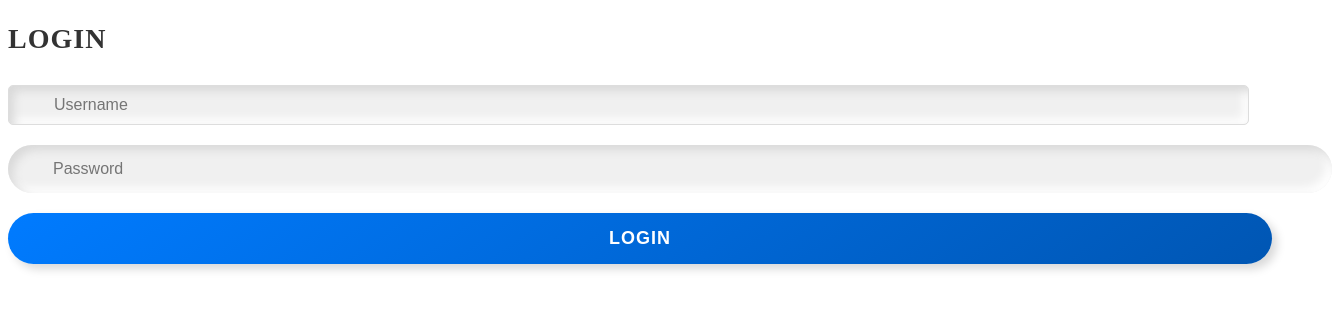
Repository: mdmisri/needy-talk
Page: /login (app in frontend/talk-d1/)
The author's editor kept a copy of each file at every save. The page is drawn from the files as they stood at one save, then again after the next save.
The browser window is 1280 px wide. The page is 1332 px wide, then 1280 px, then 1332 px, so the pictures cover 1332 px, including what lies to the right of the window. The pictures show the whole page.
The page's requests for data from a server got no answer. The project was rebuilt for these pictures with package versions that can differ from the ones it lists, and the page was loaded fresh each time. No one was signed in, and anything a server would have sent is missing. Also part of the build but not shown: frontend/talk-d1/src/components/Register/Register.css, frontend/talk-d1/src/components/Register/Register.js, frontend/talk-d1/src/conversationUtils.js, frontend/talk-d1/src/hooks/useConversation.js, frontend/talk-d1/src/components/Chat/styles/Message.css, frontend/talk-d1/src/components/Chat/Message.js, frontend/talk-d1/src/components/Chat/ChatBox.js, frontend/talk-d1/src/components/Chat/AdminChatBox.js and 3 more.

Above is the page before, as saved 2024-07-28 14:41:19.

### frontend/talk-d1/src/index.js
import React from 'react';
import ReactDOM from 'react-dom/client';
import './index.css';
import App from './App';
import { BrowserRouter } from 'react-router-dom';

const root = ReactDOM.createRoot(document.getElementById('root'));
root.render(
  <React.StrictMode>
    <BrowserRouter>
    <App />
    </BrowserRouter>
  </React.StrictMode>
);

// If you want to start measuring performance in your app, pass a function
// to log results (for example: reportWebVitals(console.log))
// or send to an analytics endpoint. Learn more: https://bit.ly/CRA-vitals

### frontend/talk-d1/src/App.js
import React, { useState, useEffect } from 'react';
import { Routes, Route, useNavigate } from 'react-router-dom';
import Login from './components/Login/Login';
import Register from './components/Register/Register';
import ChatBox from './components/Chat/ChatBox';
import AdminChatBox from './components/Chat/AdminChatBox';
import ChatStart from './components/Chat/ChatStart';
import AdminSelection from './components/Chat/AdminSelection';
import socket from './components/Chat/socket';

const App = () => {
    const [user, setUser] = useState(null);
    const [username, setUsername] = useState('');
    const [isAdmin, setIsAdmin] = useState(false);
    const [adminUsername, setAdminUsername] = useState(null);
    const [redirectToChat, setRedirectToChat] = useState(false);
    const navigate = useNavigate();

    useEffect(() => {
        const handleBeforeUnload = () => {
            if (username) {
                socket.emit('userOffline', username);
            }
        };

        window.addEventListener('beforeunload', handleBeforeUnload);

        return () => {
            window.removeEventListener('beforeunload', handleBeforeUnload);
        };
    }, [username]);

    useEffect(() => {
        if (user) {
            if (isAdmin) {
                navigate('/admin-chat');
            } else if (redirectToChat) {
                navigate(`/chat/${adminUsername}`);
            } else {
                navigate('/home');
            }
        }
    }, [user, isAdmin, redirectToChat, adminUsername, navigate]);

    const handleLogout = () => {
        socket.emit('userOffline', username);
        setUser(null);
        setUsername('');
        setIsAdmin(false);
        setAdminUsername(null);
        setRedirectToChat(false);
        navigate('/login');
    };

    const handleAdminSelection = (selectedAdminUsername) => {
        setAdminUsername(selectedAdminUsername);
        setRedirectToChat(true);
    };

    return (
        <div>
            <Routes>
                <Route path="/login" element={<Login setUser={setUser} setUsername={setUsername} setIsAdmin={setIsAdmin} />} />
                <Route path="/register" element={<Register />} />
                {/* Route for admin selection */}
                <Route path="/home" element={!isAdmin ? <ChatStart username={username} onAdminSelect={handleAdminSelection} /> : <AdminChatBox adminUsername={username} handleAdminSelection={handleAdminSelection} />} />
                {/* Route for admin chat box */}
                <Route path="/admin-chat" element={<AdminChatBox adminUsername={username} handleAdminSelection={handleAdminSelection} />} />
                {/* Route for user chat box */}
                <Route path="/chat/:receiverUsername" element={<ChatBox senderUsername={username} />} />
            </Routes>
            {user && <button onClick={handleLogout}>Logout</button>}
        </div>
    );
};

export default App;

### frontend/talk-d1/src/components/Login/Login.js
import React, { useState } from 'react';
import axios from 'axios';
import { useNavigate } from 'react-router-dom';
import socket from '../Chat/socket';
import './Login.css';

const Login = ({ setUser, setUsername, setIsAdmin, setAdminUsername }) => {
    const [username, setUsernameInput] = useState('');
    const [password, setPassword] = useState('');
    const [error, setError] = useState('');
    const navigate = useNavigate();

    const handleLogin = async (e) => {
        e.preventDefault();
        try {
            const response = await axios.post('http://localhost:3010/api/auth/login', {
                username,
                password,
            });

            const userData = response.data;
            setUser(userData);
            setUsername(username);
            setIsAdmin(userData.isAdmin);

            if (userData.isAdmin) {
                setAdminUsername(username); // Set the admin username
            }

            socket.emit('userOnline', username);
            navigate('/home');
        } catch (err) {
            setError('Invalid credentials');
        }
    };

    return (
        <div className="login-container">
            <h2>Login</h2>
            {error && <p className="error">{error}</p>}
            <form onSubmit={handleLogin}>
                <input
                    type="text"
                    value={username}
                    onChange={(e) => setUsernameInput(e.target.value)}
                    placeholder="Username"
                    required
                />
                <input
                    type="password"
                    value={password}
                    onChange={(e) => setPassword(e.target.value)}
                    placeholder="Password"
                    required
                />
                <button type="submit">Login</button>
            </form>
        </div>
    );
};

export default Login;

### frontend/talk-d1/src/components/Chat/socket.js
// socket.js
import io from 'socket.io-client';

const socket = io('http://localhost:3010');

export default socket;

### frontend/talk-d1/src/components/Login/Login.css
.login-container input[type="text"],
.login-container input[type="password"] {
    padding-left: 45px; /* Make room for the icon */
    position: relative;
}

.login-container input[type="text"]::before,
.login-container input[type="password"]::before {
    content: '\f007'; /* User icon for username */
    font-family: 'Font Awesome 5 Free';
    position: absolute;
    left: 20px;
    top: 50%;
    transform: translateY(-50%);
    color: #007bff;
}

.login-container input[type="password"]::before {
    content: '\f023'; /* Lock icon for password */
}

.login-container h2 {
    margin-bottom: 30px;
    color: #333;
    font-size: 28px;
    font-weight: 600;
    text-transform: uppercase;
    letter-spacing: 1px;
}

.login-container input {
    width: 100%;
    margin-bottom: 20px;
    padding: 15px;
    border: none;
    border-radius: 50px;
    background: #f0f0f0;
    box-shadow: inset 5px 5px 10px #d9d9d9, inset -5px -5px 10px #ffffff;
    font-size: 16px;
    transition: all 0.3s ease;
}

.login-container input:focus {
    outline: none;
    box-shadow: inset 5px 5px 10px #c1c1c1, inset -5px -5px 10px #ffffff;
}

.login-container button {
    width: 100%;
    padding: 15px;
    background: linear-gradient(145deg, #007bff, #0056b3);
    color: #fff;
    border: none;
    border-radius: 50px;
    cursor: pointer;
    font-size: 18px;
    font-weight: 600;
    text-transform: uppercase;
    letter-spacing: 1px;
    transition: all 0.3s ease;
    box-shadow: 5px 5px 10px #d9d9d9, -5px -5px 10px #ffffff;
}

.login-container button:hover {
    background: linear-gradient(145deg, #0056b3, #004494);
    transform: translateY(-3px);
    box-shadow: 7px 7px 15px #d9d9d9, -7px -7px 15px #ffffff;
}

.login-container button:active {
    transform: translateY(0);
    box-shadow: 3px 3px 5px #d9d9d9, -3px -3px 5px #ffffff;
}

### frontend/talk-d1/src/components/Chat/styles/ChatBox.css
.chatbox {
    display: flex;
    flex-direction: column;
    height: 100vh;
    width: 400px;
    border: 1px solid #ccc;
    border-radius: 8px;
    box-shadow: 0 4px 8px rgba(0, 0, 0, 0.1);
    background-color: #f9f9f9;
}

.messages {
    flex: 1;
    padding: 10px;
    overflow-y: auto;
    background-color: #fff;
    border-bottom: 1px solid #ccc;
}

.messages div {
    margin-bottom: 10px;
    padding: 8px;
    border-radius: 4px;
}

.sent {
    align-self: flex-end;
    background-color: #e0f7fa;
}

.received {
    align-self: flex-start;
    background-color: #fff3e0;
}

.input-area {
    display: flex;
    align-items: center;
    padding: 10px;
    border-top: 1px solid #ccc;
}

input {
    flex: 1;
    padding: 10px;
    border: none;
    border-top: 1px solid #ccc;
    border-radius: 0 0 8px 8px;
}

button {
    padding: 10px;
    border: none;
    border-radius: 0 0 8px 0;
    background-color: #007bff;
    color: white;
    cursor: pointer;
}

button:hover {
    background-color: #0056b3;
}

input:focus {
    outline: none;
    border: 1px solid #007bff;
}

.typing-indicator {
    font-style: italic;
    color: grey;
    margin-top: 5px;
}

.read-receipt {
    font-size: 12px;
    color: #00bfae;
    position: absolute;
    bottom: -15px;
    right: 10px;
}

### frontend/talk-d1/src/components/Chat/styles/AdminChatBox.css
/* AdminChatBox.css */

.admin-chat-container {
    display: flex;
    height: 100vh;
    font-family: Arial, sans-serif;
}

.user-tabs {
    width: 250px;
    background-color: #f7f7f7;
    border-right: 1px solid #ddd;
    overflow-y: auto;
    padding: 10px;
}

.user-tab {
    padding: 10px;
    cursor: pointer;
    display: flex;
    justify-content: space-between;
    align-items: center;
    border-radius: 5px;
    transition: background-color 0.3s ease;
}

.user-tab:hover {
    background-color: #e0e0e0;
}

.user-tab.active {
    background-color: #007bff;
    color: white;
}

.chat-box {
    flex: 1;
    display: flex;
    flex-direction: column;
    padding: 10px;
    background-color: #fff;
}

.messages {
    flex: 1;
    overflow-y: auto;
    margin-bottom: 10px;
    border-bottom: 1px solid #ddd;
}

.typing-indicator {
    font-style: italic;
    color: #999;
    margin: 5px 0;
}

input[type="text"] {
    width: calc(100% - 80px);
    padding: 10px;
    margin-right: 10px;
    border: 1px solid #ddd;
    border-radius: 5px;
    outline: none;
    transition: border-color 0.3s ease;
}

input[type="text"]:focus {
    border-color: #007bff;
}

button {
    padding: 10px 20px;
    background-color: #007bff;
    color: white;
    border: none;
    border-radius: 5px;
    cursor: pointer;
    transition: background-color 0.3s ease;
}

button:hover {
    background-color: #0056b3;
}

/* Responsive Design */
@media (max-width: 768px) {
    .admin-chat-container {
        flex-direction: column;
    }

    .user-tabs {
        width: 100%;
        border-right: none;
        border-bottom: 1px solid #ddd;
    }

    input[type="text"] {
        width: calc(100% - 90px);
    }
}

Loaded but not shown: frontend/talk-d1/public/index.html (common file); frontend/talk-d1/src/index.css (no stored copy; drawn as an empty file)

After the next save:
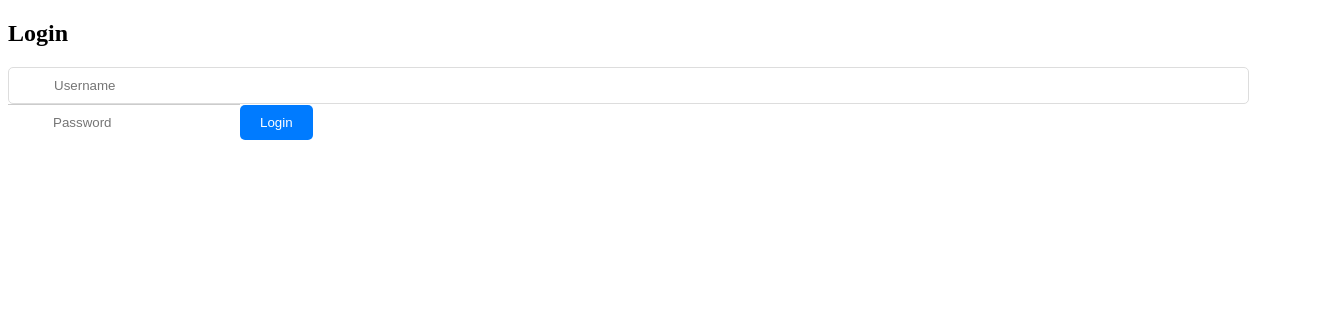
Saved 27 s later.
--- a/frontend/talk-d1/src/components/Login/Login.css
+++ b/frontend/talk-d1/src/components/Login/Login.css
@@ -18,56 +18,3 @@
 .login-container input[type="password"]::before {
     content: '\f023'; /* Lock icon for password */
 }
-
-.login-container h2 {
-    margin-bottom: 30px;
-    color: #333;
-    font-size: 28px;
-    font-weight: 600;
-    text-transform: uppercase;
-    letter-spacing: 1px;
-}
-
-.login-container input {
-    width: 100%;
-    margin-bottom: 20px;
-    padding: 15px;
-    border: none;
-    border-radius: 50px;
-    background: #f0f0f0;
-    box-shadow: inset 5px 5px 10px #d9d9d9, inset -5px -5px 10px #ffffff;
-    font-size: 16px;
-    transition: all 0.3s ease;
-}
-
-.login-container input:focus {
-    outline: none;
-    box-shadow: inset 5px 5px 10px #c1c1c1, inset -5px -5px 10px #ffffff;
-}
-
-.login-container button {
-    width: 100%;
-    padding: 15px;
-    background: linear-gradient(145deg, #007bff, #0056b3);
-    color: #fff;
-    border: none;
-    border-radius: 50px;
-    cursor: pointer;
-    font-size: 18px;
-    font-weight: 600;
-    text-transform: uppercase;
-    letter-spacing: 1px;
-    transition: all 0.3s ease;
-    box-shadow: 5px 5px 10px #d9d9d9, -5px -5px 10px #ffffff;
-}
-
-.login-container button:hover {
-    background: linear-gradient(145deg, #0056b3, #004494);
-    transform: translateY(-3px);
-    box-shadow: 7px 7px 15px #d9d9d9, -7px -7px 15px #ffffff;
-}
-
-.login-container button:active {
-    transform: translateY(0);
-    box-shadow: 3px 3px 5px #d9d9d9, -3px -3px 5px #ffffff;
-}

After the save that followed:
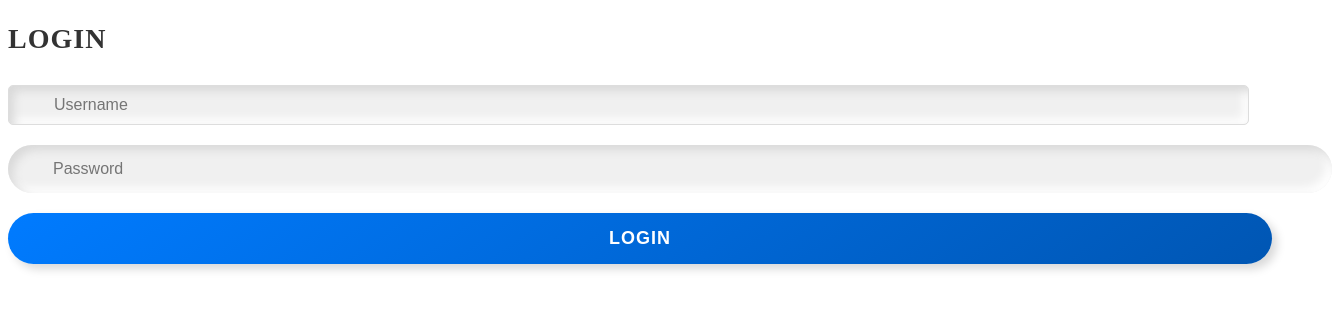
Saved 12 s later.
--- a/frontend/talk-d1/src/components/Login/Login.css
+++ b/frontend/talk-d1/src/components/Login/Login.css
@@ -18,3 +18,56 @@
 .login-container input[type="password"]::before {
     content: '\f023'; /* Lock icon for password */
 }
+
+.login-container h2 {
+    margin-bottom: 30px;
+    color: #333;
+    font-size: 28px;
+    font-weight: 600;
+    text-transform: uppercase;
+    letter-spacing: 1px;
+}
+
+.login-container input {
+    width: 100%;
+    margin-bottom: 20px;
+    padding: 15px;
+    border: none;
+    border-radius: 50px;
+    background: #f0f0f0;
+    box-shadow: inset 5px 5px 10px #d9d9d9, inset -5px -5px 10px #ffffff;
+    font-size: 16px;
+    transition: all 0.3s ease;
+}
+
+.login-container input:focus {
+    outline: none;
+    box-shadow: inset 5px 5px 10px #c1c1c1, inset -5px -5px 10px #ffffff;
+}
+
+.login-container button {
+    width: 100%;
+    padding: 15px;
+    background: linear-gradient(145deg, #007bff, #0056b3);
+    color: #fff;
+    border: none;
+    border-radius: 50px;
+    cursor: pointer;
+    font-size: 18px;
+    font-weight: 600;
+    text-transform: uppercase;
+    letter-spacing: 1px;
+    transition: all 0.3s ease;
+    box-shadow: 5px 5px 10px #d9d9d9, -5px -5px 10px #ffffff;
+}
+
+.login-container button:hover {
+    background: linear-gradient(145deg, #0056b3, #004494);
+    transform: translateY(-3px);
+    box-shadow: 7px 7px 15px #d9d9d9, -7px -7px 15px #ffffff;
+}
+
+.login-container button:active {
+    transform: translateY(0);
+    box-shadow: 3px 3px 5px #d9d9d9, -3px -3px 5px #ffffff;
+}
